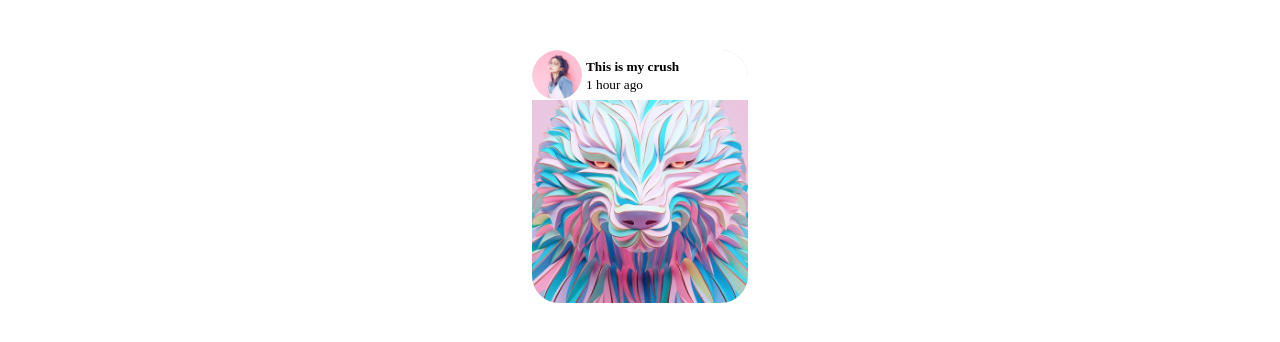
Repository: longNT0dev/C4E132
Page: SS4/index.html
These files come from the project's save history. The page is drawn as it stood at one moment and after a run of saves; the edit follows.
The browser window is 1280 px wide. The pictures show the whole page.
The pointer rests on the first visible `.container`.

Above is the page before, as saved 2022-10-02 22:05:54.

After the next 2 saves:
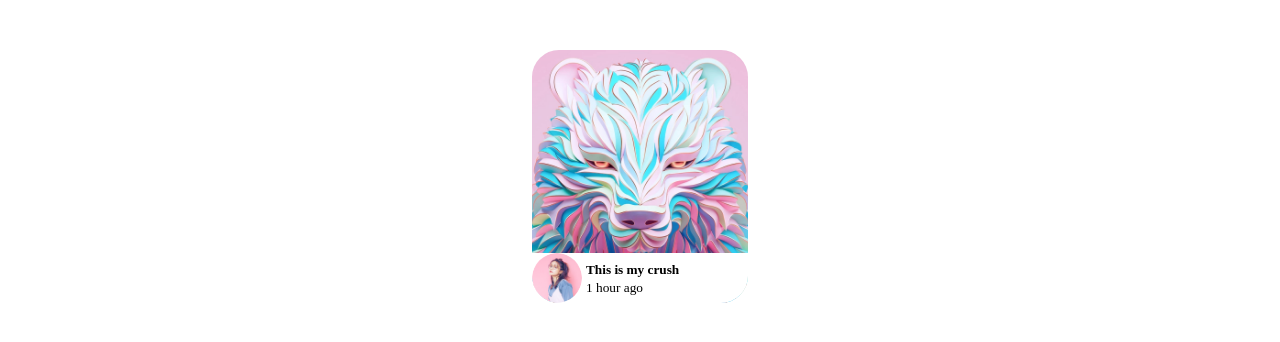
The 2 saves are shown as one change because they came seconds apart.
The last was saved 10 s later.
--- a/SS4/style.css
+++ b/SS4/style.css
@@ -18,7 +18,7 @@
 }
 
 .container:hover > .overlay {
-    transform: translateY(0);
+    transform: translateY(203px);
     transition-delay: 0.1s
     /* animation: mymove 3s ease-in; */
 }
